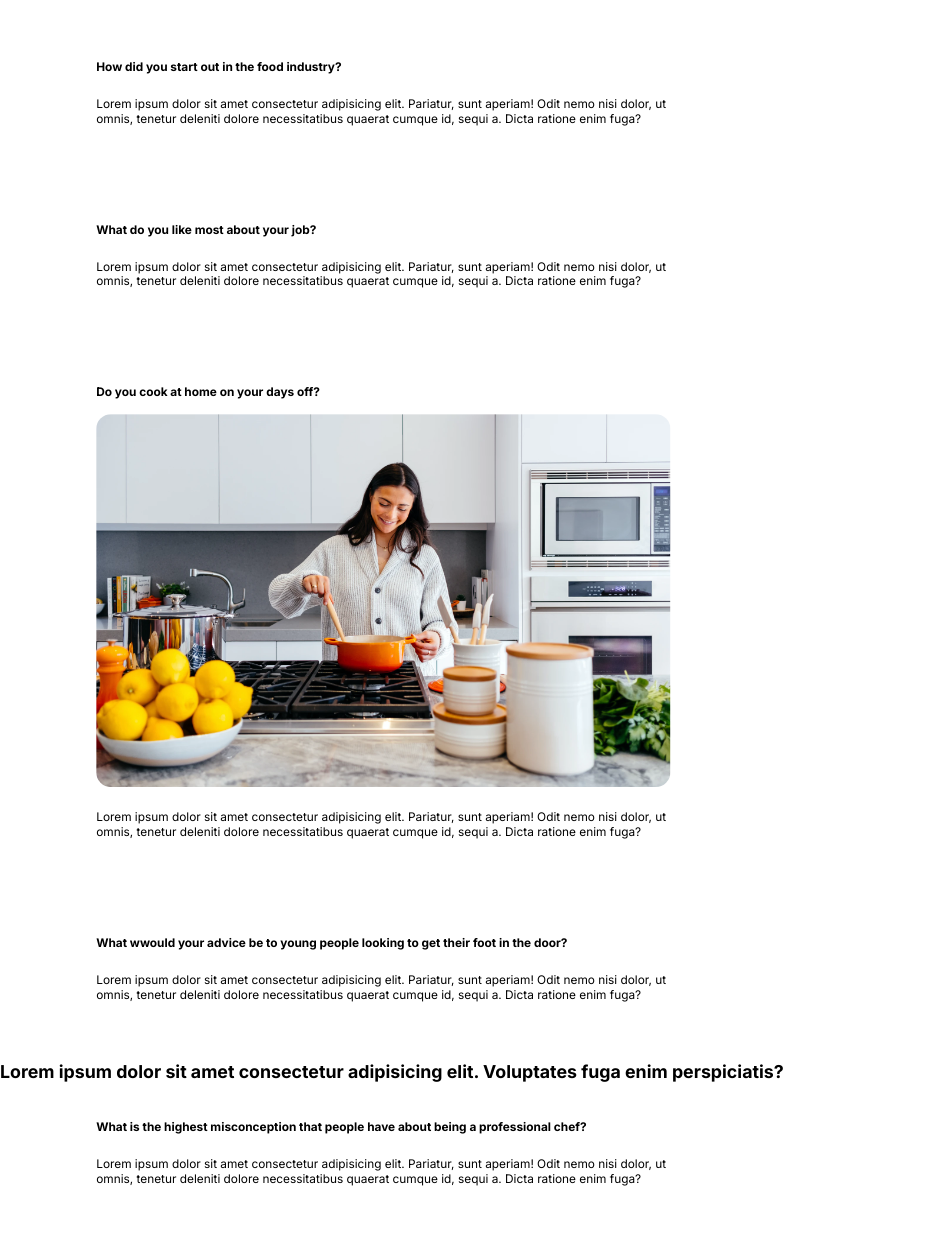
Repository: SolomonChinonso/Advanced-html-and-css-project
Page: blog.html
These files come from the project's save history. The page is drawn as it stood at one moment and after the next save; the edit follows.
The browser window is 1280 px wide. The pictures show the part of the page from y = 1251 to 2934 px (the page is 2934 px tall), at 74% of full size.

Above is the page before, as saved 2026-04-19 01:31:28.

After the next save:
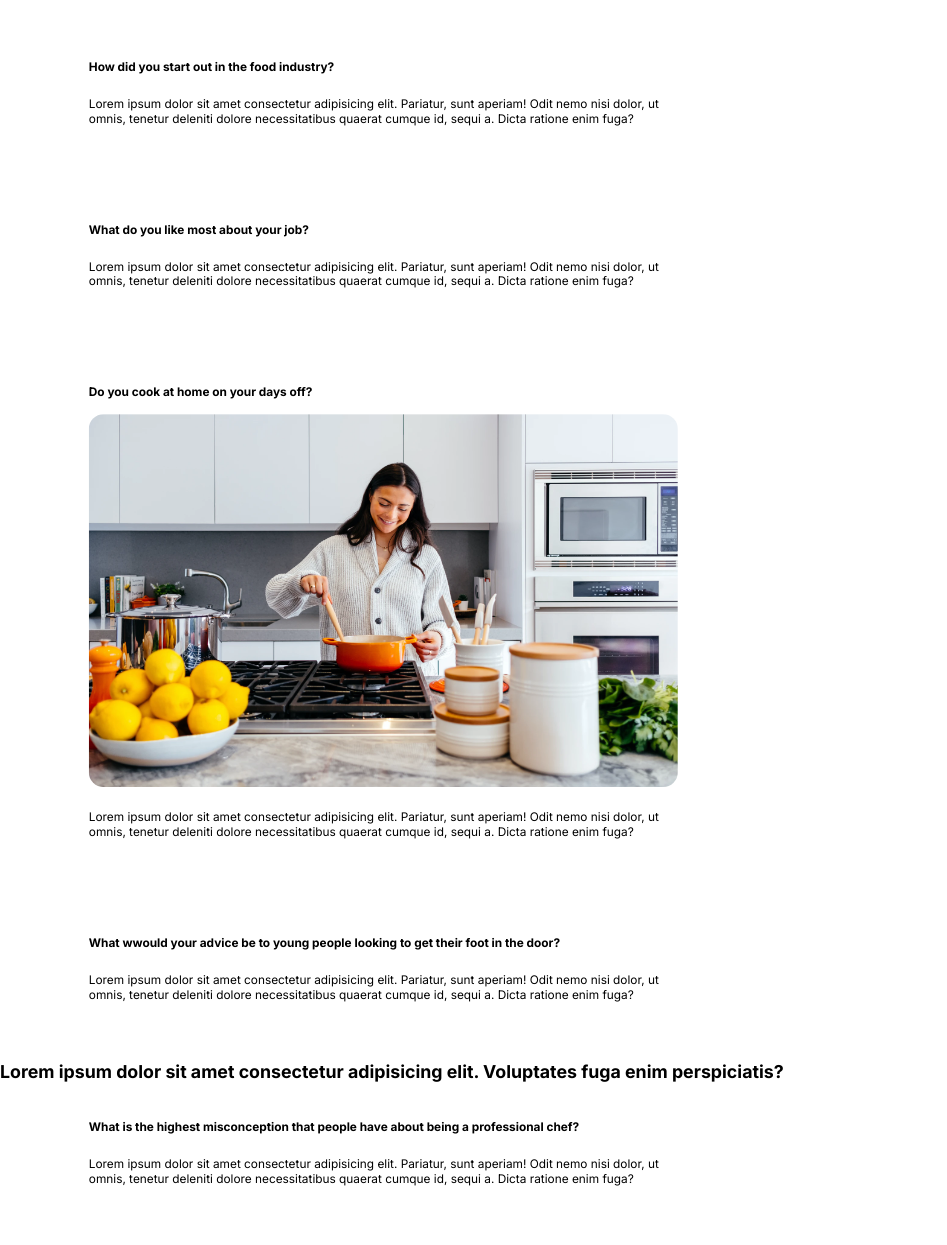
Saved 40 s later.
--- a/style.css
+++ b/style.css
@@ -735,7 +735,7 @@ footer p strong{
 .query{
     display: flex;
     flex-direction: column;
-    padding: 50px 60px;
+    padding: 50px 50px;
     justify-content: center;
     align-items: conter;
     width: 70%;
